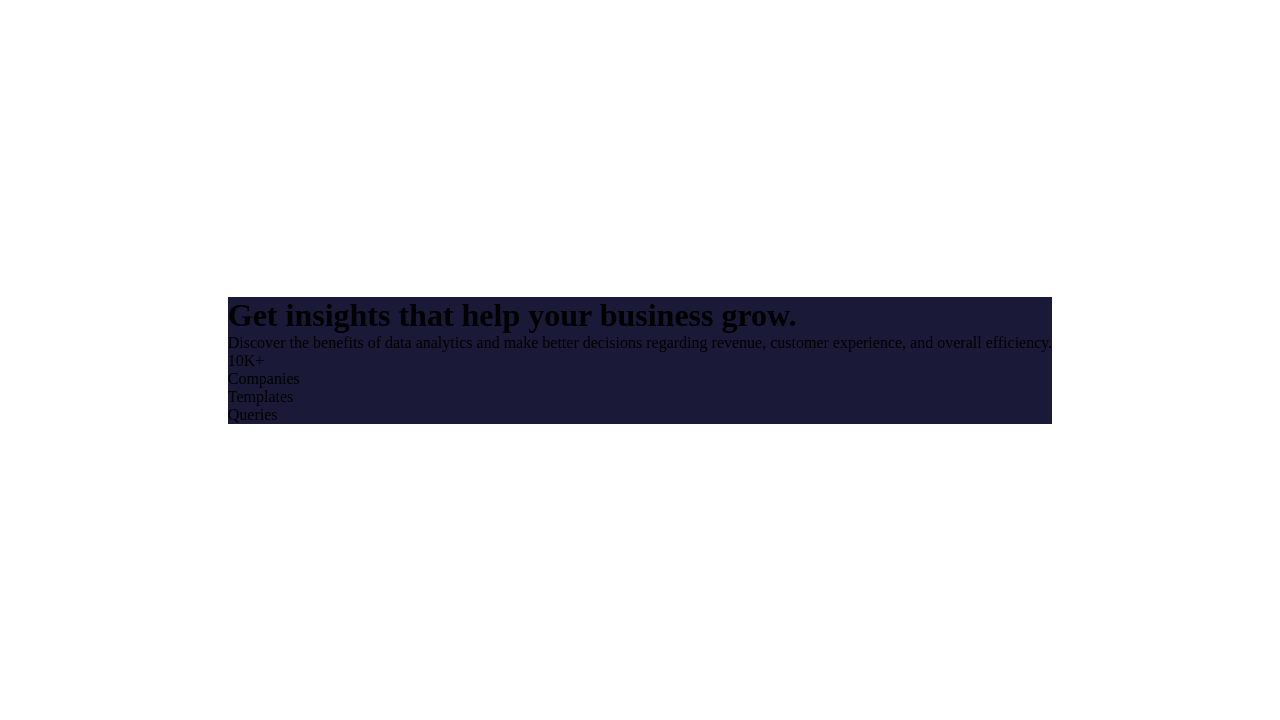
Repository: keisewarsame/stats-preview-frontendmentor
Page: index.html
The author's editor kept a copy of each file at every save. The page is drawn from the files as they stood at one save, then again after a run of saves.
The browser window is 1280 px wide. The pictures show the whole page.

Above is the page before, as saved 2022-07-12 12:47:15.

### index.html
<!DOCTYPE html>
<html lang="en">
<head>
  <meta charset="UTF-8">
  <meta name="viewport" content="width=device-width, initial-scale=1.0"> <!-- displays site properly based on user's device -->
  <link rel="icon" type="image/png" sizes="32x32" href="./images/favicon-32x32.png">
  <link rel="stylesheet" href="styles.css">
  <title>Frontend Mentor | Stats preview card component</title>
</head>
<body>
    <div class="container">
        <div class="wrapper">
            <div class="text-component">
                <h1>Get insights that help your business grow.</h1>
                <p>Discover the benefits of data analytics and make better decisions regarding revenue, customer experience, and overall efficiency.</p>
                <div class="stats-component">
                    <div>
                        <p class="num">10K+</p>
                        <p>Companies</p>
                    </div>
                    <div>
                        <p class="num"></p>
                        <p>Templates</p>
                    </div>
                    <div>
                        <p class="num"></p>
                        <p>Queries</p>
                    </div>
                </div>
            </div>
            <div class="image-component">

            </div>
        </div>
    </div>
</body>
</html>

### styles.css
@import url('https://fonts.googleapis.com/css2?family=Inter:wght@400;700&family=Lexend+Deca&display=swap');

* {
    margin: 0;
    padding: 0;
}

body {
    display: flex;
    align-items: center;
    min-height: 100vh;
}

.container {
    margin: 0 auto;
    background-color: hsl(244, 38%, 16%)

}

After the next 4 saves:
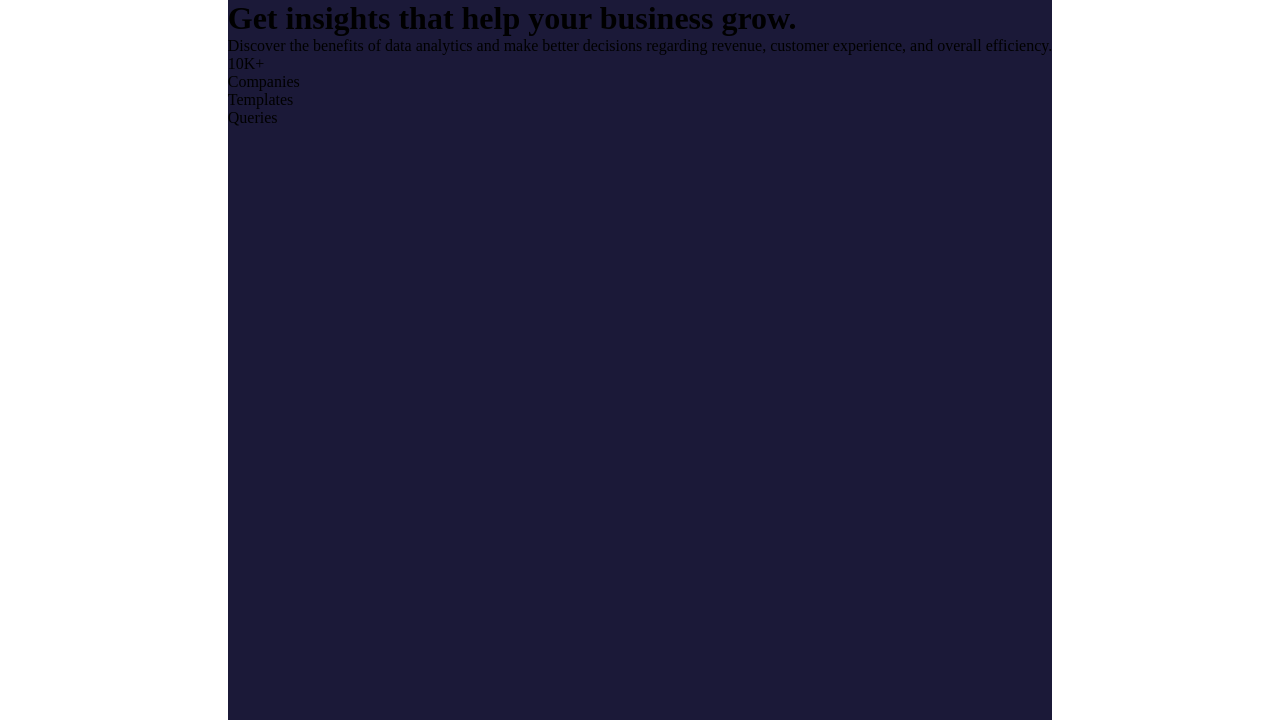
The 4 saves are shown as one change because they came seconds apart.
The last was saved 11 s later.
--- a/styles.css
+++ b/styles.css
@@ -13,6 +13,6 @@ body {
 
 .container {
     margin: 0 auto;
-    background-color: hsl(244, 38%, 16%)
-
+    background-color: hsl(244, 38%, 16%);
+    height: 100vh;
 }
